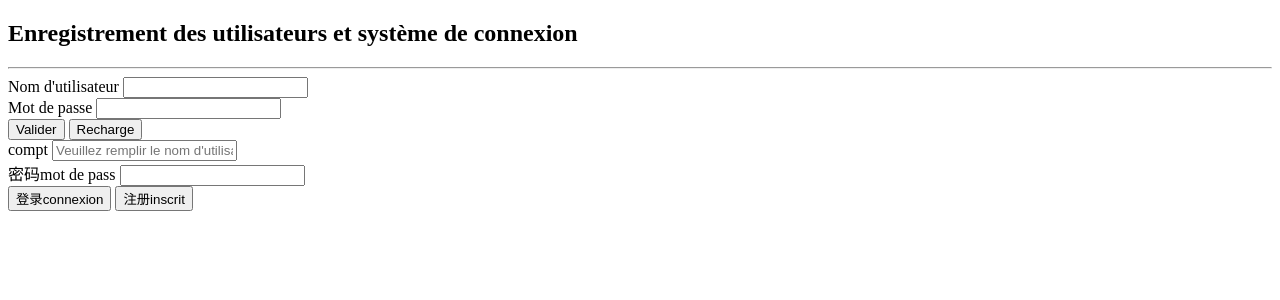
Repository: clairedupuich/serv_drone
Page: http://localhost/test copy.php
The author's editor kept a copy of each file at every save. The page is drawn from the files as they stood at one save, then again after the next save.
The browser window is 1280 px wide. The pictures show the whole page.
The page is run by PHP 8.4 with error messages shown; the project is at /var/www/html/.

Above is the page before, as saved 2021-06-01 20:57:51.

After the next save:
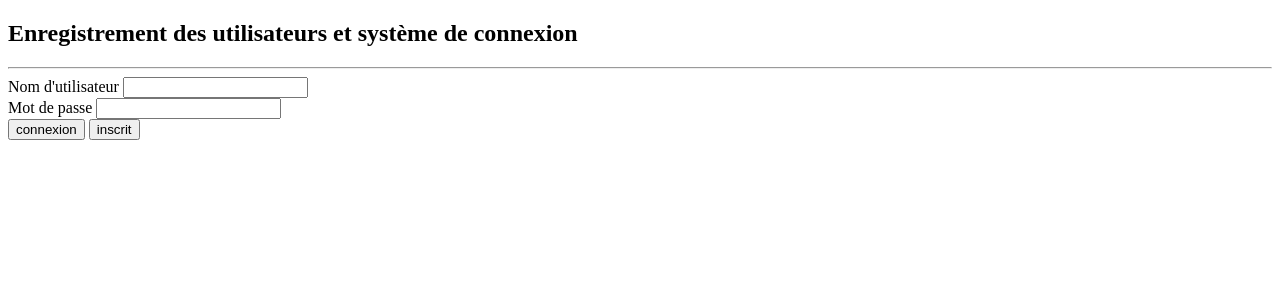
Saved 3 min 8 s later.
--- a/test copy.php
+++ b/test copy.php
@@ -68,20 +68,10 @@
 
 
 
-                <button type="submit" name="submit" value="submit">Valider</button>
-                <input type="reset" name="cancel" value="Recharge">
+                <input type="submit" value="connexion">
+                <input type="button" onclick="window.location.href='register.html'" value="inscrit">  <!--  ??????? -->
         </form>
 
-        <form action="login_process.php" method="POST">
-        compt
-        <input type="text" name="userName" size="20" maxlength="15" placeholder="Veuillez remplir le nom d'utilisateur">
-        <br>
 
-        密码mot de pass
-        <input type="password" name="password" size="20" maxlength="15">
-        <br>
-        <input type="submit" value="登录connexion">
-        <input type="button" onclick="window.location.href='register.html'" value="注册inscrit">
-    </form>
 
 </html>
